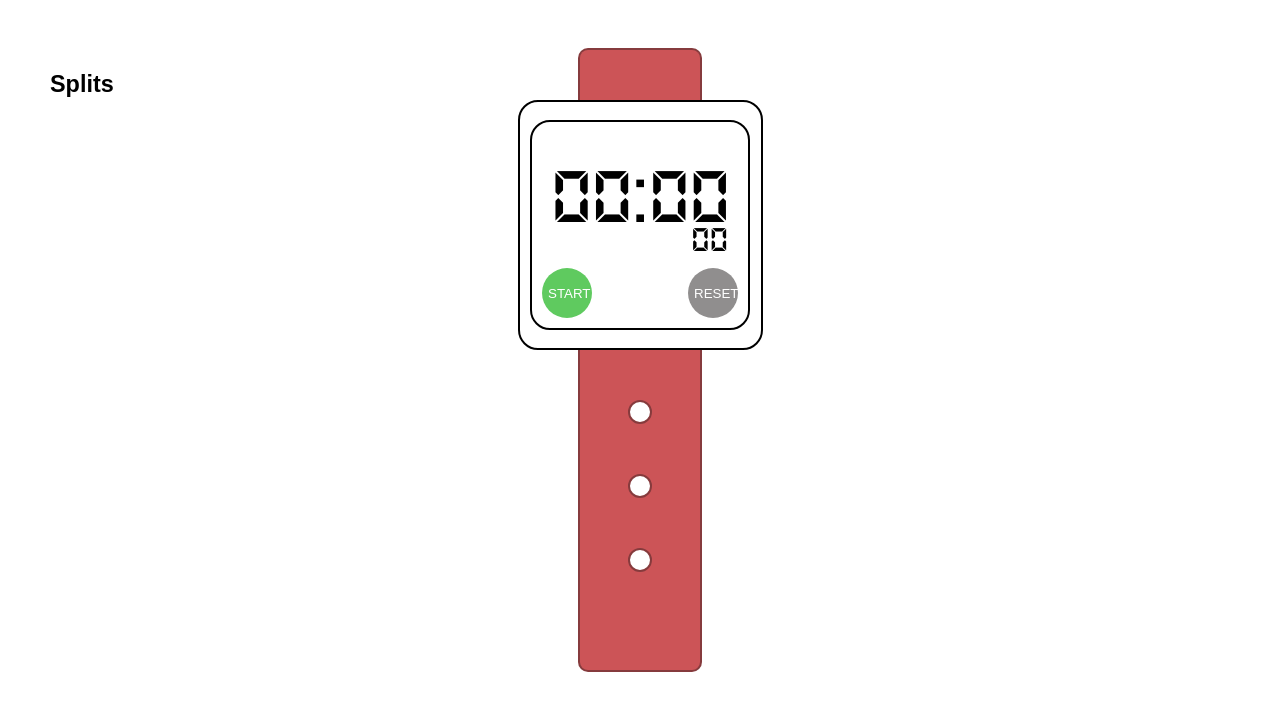
Repository: konstantin0s/lab-chronometer
Page: index.html
An editor plug-in stored every save of this project. The page is shown before and after the next save, followed by the edit.
The browser window is 1280 px wide. The pictures show the whole page.

Above is the page before, as saved 2019-02-05 14:25:47.

After the next save:
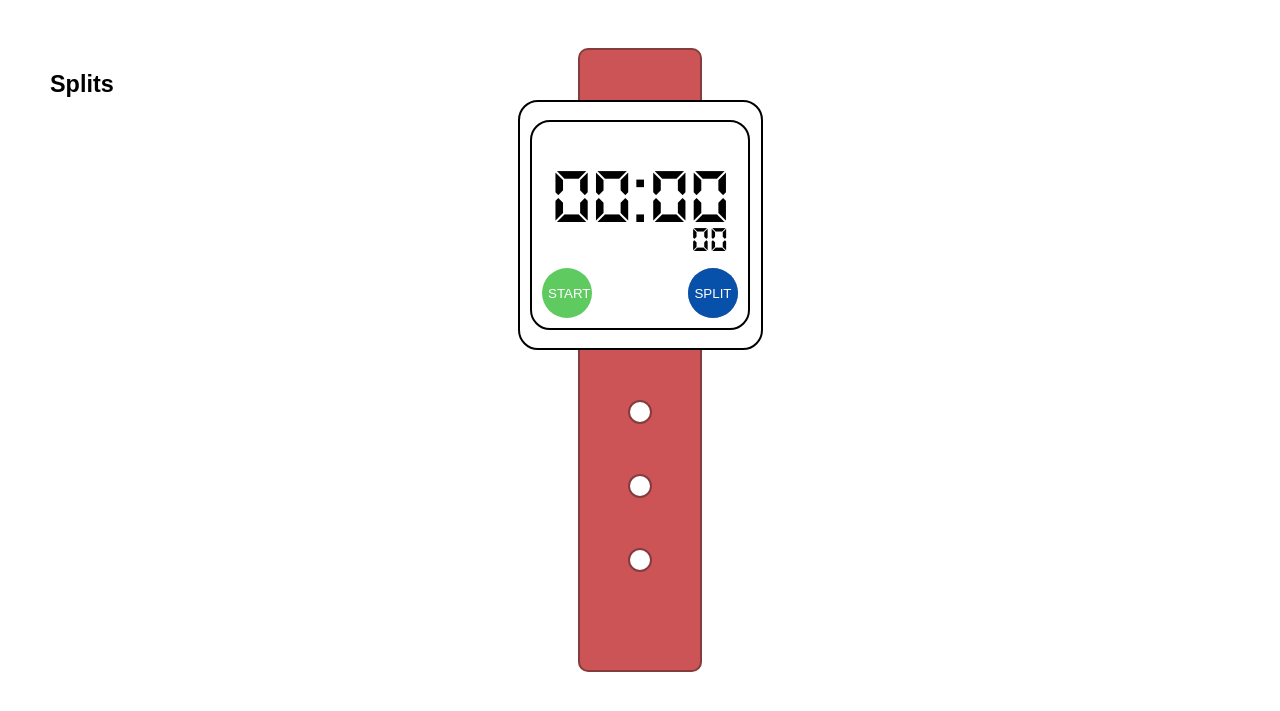
Saved 2 min 16 s later.
--- a/index.html
+++ b/index.html
@@ -25,7 +25,7 @@
         <span id="milDec">0</span><span id="milUni">0</span>
       </div>
 
-      <button id="btnLeft" class="btn start">START</button> <button id="btnRight" class="btn reset">RESET</button>
+      <button id="btnLeft" class="btn start">START</button> <button id="btnRight" class="btn reset">RESET</button> <button id="btnRight" class="btn split">SPLIT</button>
     </div>
   </section>
 
